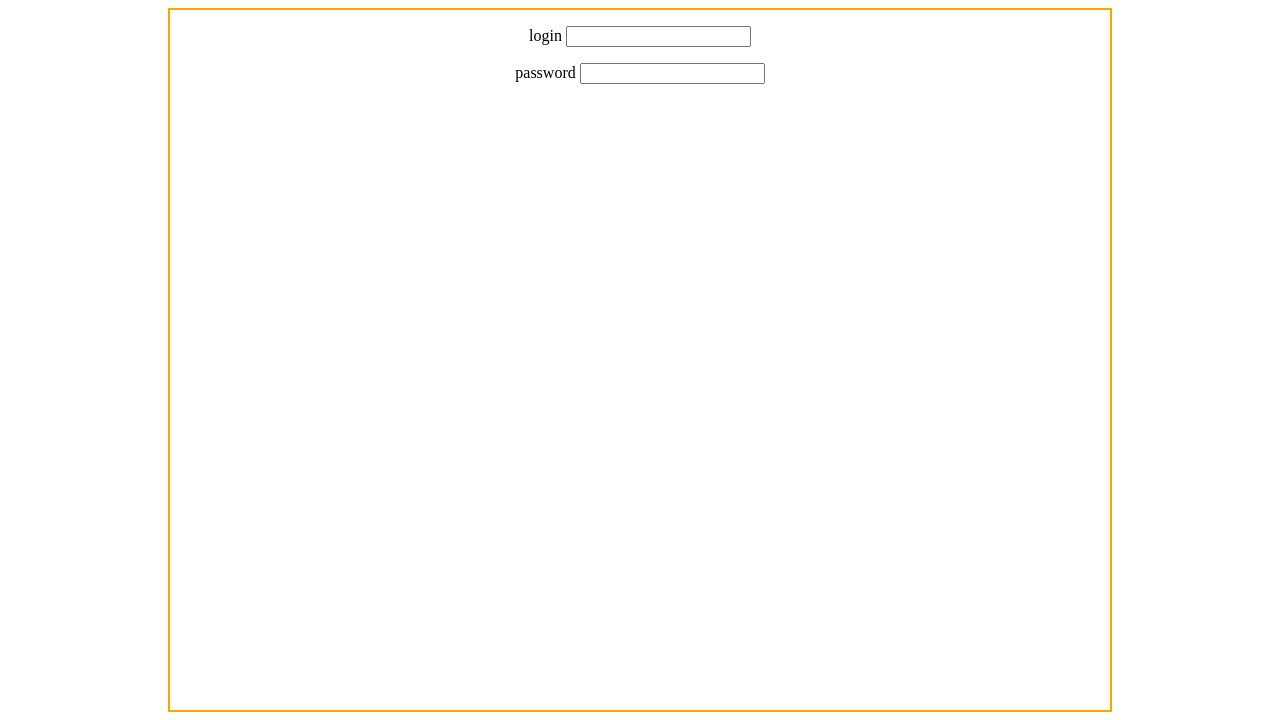
Repository: AndreyMykulych/javascript
Page: 11/index.html
The author's editor kept a copy of each file at every save. The page is drawn from the files as they stood at one save, then again after the next save.
The browser window is 1280 px wide. The pictures show the whole page.

Above is the page before, as saved 2023-04-27 22:18:54.

### 11/index.html
<!DOCTYPE html>
<html lang="en">
<head>
    <meta charset="UTF-8">
    <meta http-equiv="X-UA-Compatible" content="IE=edge">
    <meta name="viewport" content="width=device-width, initial-scale=1.0">
    <title>Document</title>
</head>
<script src="one.js"></script>
<style>
     .auth{
        width: 58.75rem;
        height: 43.75rem;
        margin: 0 auto;
        border: 2px solid orange;
    }
    .passPar,.loginPar{
        text-align: center;
    }
</style>
<body>
    <form class="auth" disabled="">
    <p class="loginPar">
        <label for="login">login</label>
        <input type="text" name="login">
    </p>
    <p class="passPar">
        <label for="password">password</label>
        <input type="password">
    </p>
    </form>
    <form class="pizzaForm">

    </form>
</body>
</html>

Loaded but not shown: 11/one.js (common file)

After the next save:
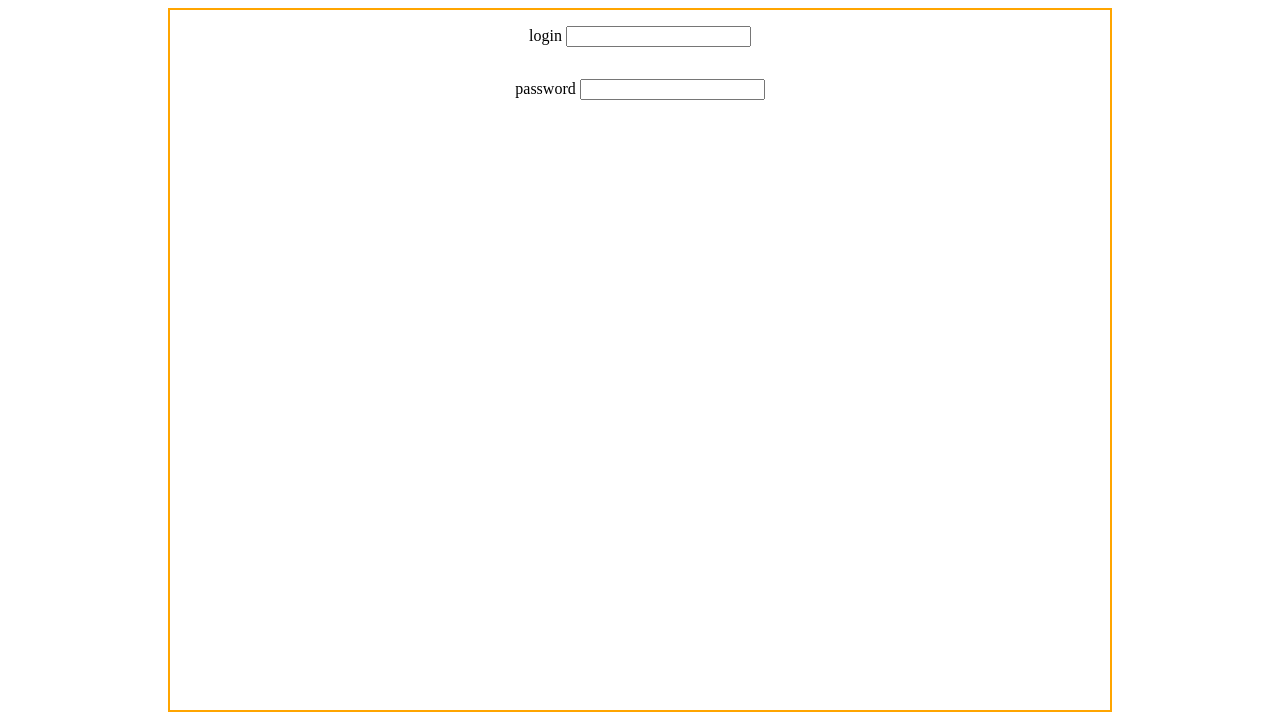
Saved 98 s later.
--- a/11/index.html
+++ b/11/index.html
@@ -9,6 +9,9 @@
 <script src="one.js"></script>
 <style>
      .auth{
+         display: flex;
+         flex-direction: column;
+         align-content: center;
         width: 58.75rem;
         height: 43.75rem;
         margin: 0 auto;
@@ -17,6 +20,7 @@
     .passPar,.loginPar{
         text-align: center;
     }
+
 </style>
 <body>
     <form class="auth" disabled="">
